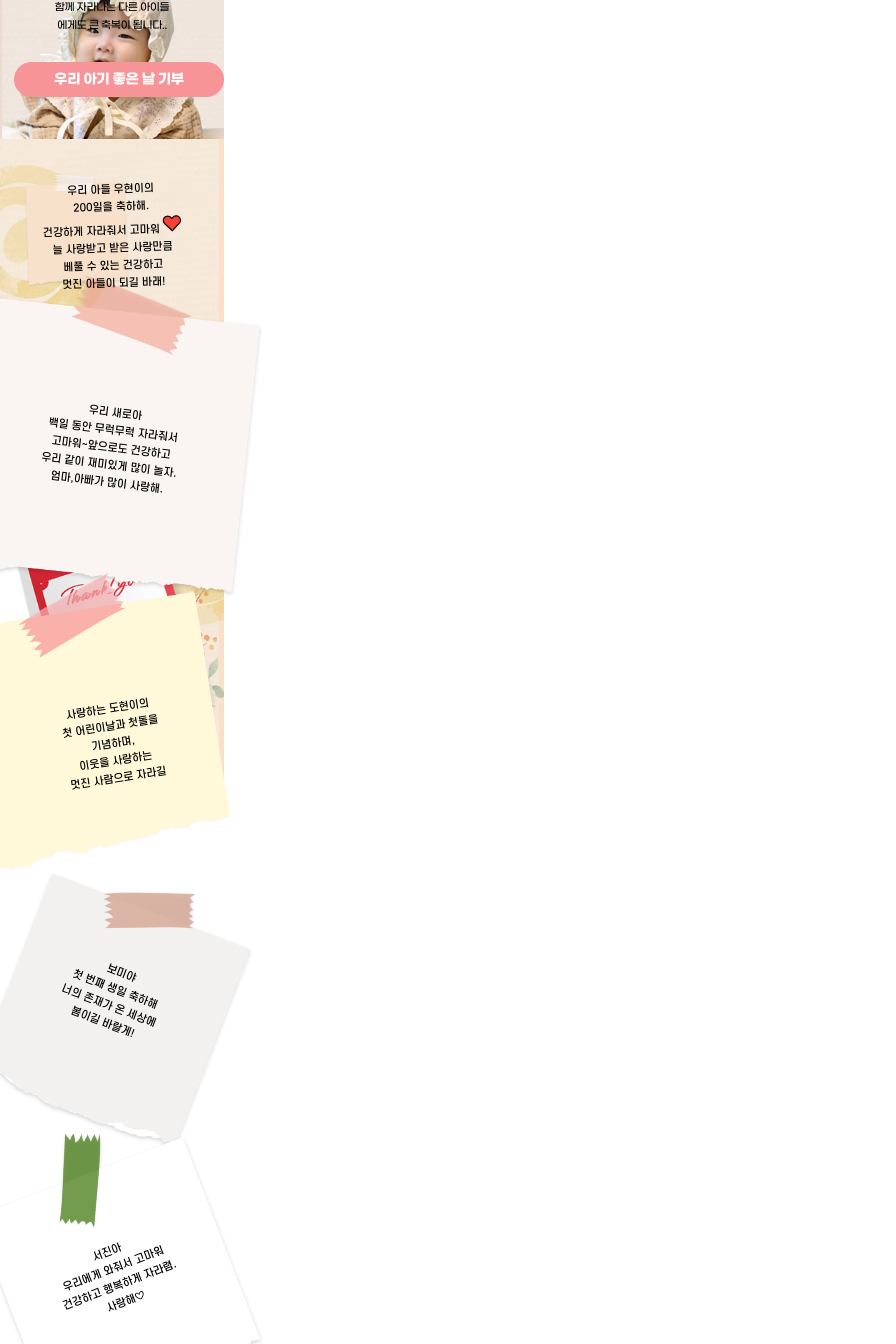
Repository: dlgywls1130/save_the_m320
Page: index.html
The author's editor kept a copy of each file at every save. The page is drawn from the files as they stood at one save, then again after the next save.
The browser window is 1280 px wide. The pictures show the part of the page from y = 801 to 2721 px (the page is 10040 px tall), at 70% of full size.

Above is the page before, as saved 2023-12-21 01:10:14.

### index.html
<!DOCTYPE html>
<html lang="en">
<head>
    <meta charset="UTF-8">
    <meta name="viewport" content="width=device-width, initial-scale=1.0">
    <title>세이브더칠드런</title>

    <link rel="stylesheet" href="./css/reset.css">
    <link rel="stylesheet" href="./css/style.css">

</head>
<body>
    <div class="content_body">
        <section class="section_wrapper section01">
            <div class="se01 se_wrapper">
                <div class="seo01_mobile_wrapp">
                    <div class="se01_sub">
                        <div class="sub_logo">
                            <img src="./img/logo01.png" alt="logo">
                        </div>
                        <p>우리 아기 좋은 날 기부</p>
                    </div>
                    <p class="seo01_title">
                        아가야,
                    </p>
                    <p class="seo01_title_two">
                        너의 <span id="rollingText">탄생</span> 순간을 축하해!
                    </p>
                </div>
                <div class="seo01_mobile_wrapp_bottom">
                    <p class="section_descript mb-45">
                        아이의 건강과 행복을
                        <br>바라는 마음을 담아,
                        <br>탄생, 백일, 첫 걸음마, 첫돌 등
                        <br>내 아이의 소중한 순간을
                        <br>기부로 기념해보세요.
                        <br>함께 자라나는 다른 아이들
                        <br>에게도 큰 축복이 됩니다..
                    </p>

                    <a class="donation_link" href="javascript:void(0)">우리 아기 좋은 날 기부</a>
                </div>

            </div>
        </section>
        <section class="section_wrapper section02">
            <div class="se02 se_wrapper">
                <div class="postit_wrapper">
                    <div class="postit postit01">
                        <p>우리 아들 우현이의<br>
                        200일을 축하해.<br>
                        <span>건강하게 자라줘서 고마워 <img src="./img/heart.png"></span>
                        늘 사랑받고 받은 사랑만큼<br>
                        베풀 수 있는 건강하고<br>
                        멋진 아들이 되길 바래!</p>
                    </div>
                    <div class="postit postit02">
                        <p>우리 새로아<Br>
                        백일 동안 무럭무럭 자라줘서<Br>
                        고마워~앞으로도 건강하고<Br>
                        우리 같이 재미있게 많이 놀자.<Br>
                        엄마,아빠가 많이 사랑해.</p>
                    </div>

                    <div class="postit postit05">
                        <p>사랑하는 도현이의<br>
                        첫 어린이날과 첫돌을<br>
                        기념하며, <br>
                        이웃을 사랑하는<br>
                        멋진 사람으로 자라길</p>

                    </div>
                    <div class="postit postit04">
                        <p>보미야<br>
                        첫 번째 생일 축하해<br>
                        너의 존재가 온 세상에<br>
                        봄이길 바랄게!   </p>
                    </div>

                    <div class="postit postit03">
                        <p>서진아<br>
                        우리에게 와줘서 고마워<br>
                        건강하고 행복하게 자라렴.<br>
                        사랑해♡      </p>
                    </div>

                </div>

            </div>
        </section>
        <section class="section_wrapper section03">
            <div class="se_wrapper se03">
                <div class="se_title_co">
                    아기의 좋은 날을<br> 기념해 주신 모든 분들께
                    <br>후원감사증서를 보내드립니다.
                </div>
                <div class="se_sub_co">
                    후원감사증서는<Br> 아기에게 남기고 싶은 메시지와 아기의 좋은 날이 담긴 사진을<br> 보관할 수 있도록
                    만들어드립니다.<br> 먼 훗날, 아기가 성장해 읽게 될 날을 그리며 편지를 써보세요.
                </div>
            </div>

        </section>
        <section class="section_wrapper section04">
            <div class="se_wrapper se04">
                <div class="se_title_co">
                    이름 자수 순면거즈블랭킷
                </div>
                <div class="se_sub_co">
                    30만원 이상 후원하신 분들께는 순면 거즈 아기 블랭킷(90*110)에
                    <Br>원하시는 이름(영문)을 예쁘게 수놓아 드립니다.
                </div>

                <div class="se04_slide mt-85">
                    <div class="se04_slide_list">
                        <img src="./img/slide03.jpg">
                    </div>
                    <div class="se04_slide_list">
                        <img src="./img/slide02.jpg">
                    </div>
                    <div class="se04_slide_list">
                        <img src="./img/slide01.jpg">
                    </div>
                </div>
            </div>
        </section>
        <section class="section_wrapper section05">
            <div class="se_wrapper se05">
                <div class="se_title_co">
                    후원신청 과정
                </div>


                <div class="se_sub_co">
                    30만원 이상 후원해 주신 경우,
                    <br>감사 선물 수령 주소 및 아기 블랭킷에 새겨질 문구 확인을 위한 문자가 발송됩니다.
                </div>

                <div class="se_step_list">
                    <div class="se_step">
                        <p class="step_number">1</p>
                        <div class="step_ico">
                            <img src="./img/icon01.png" alt="img">
                        </div>
                        <p class="step_descript">
                            후원신청하기
                        </p>
                    </div>
                    <div class="se_step">
                        <p class="step_number">2</p>
                        <div class="step_ico">
                            <img src="./img/icon02.png" alt="img">
                        </div>
                        <p class="step_descript">
                            후원감사증서
                            메시지 적기
                        </p>
                    </div>
                </div>
                <div class="se_step_list">
                    <div class="se_step">
                        <p class="step_number">3</p>
                        <div class="step_ico">
                            <img src="./img/icon03.png" alt="img">
                        </div>
                        <p class="step_descript">
                            신청완료
                        </p>
                    </div>
                    <div class="se_step">
                        <p class="step_number">4</p>
                        <div class="step_ico">
                            <img src="./img/icon04.png" alt="img">
                        </div>
                        <p class="step_descript">
                            후원감사증서 발송
                            (1주 이내)
                        </p>
                    </div>
                </div>


                <a class="donation_link" href="javascript:void(0)">우리 아기 좋은 날 기부</a>
            </div>

        </section>
        <section class="section_wrapper section06">
            <div class="se_wrapper se06">
                <div class="se_title_co">
                    후원금, 이렇게 쓰여요!
                </div>
                <div class="se_sub_co">
                    세이브더칠드런은 <Br><span>국내외 아동을 위한 교육,
                    <Br>보호, 보건영양지원,<Br> 아동권리옹호</span> 등의<Br> 활동을 해나가고 있습니다.
                </div>
                <div class="se_sub_co">
                    보내주신 후원금은<Br> 정치, 종교, 인종에 관계없이<Br> 모든 아이를 구해야 한다는
                    <Br>세이브더칠드런의 신념에 따라 <Br><span>가장 도움 필요한 아이를 위해 우선 사용</span>됩니다.
                </div>
            </div>

        </section>
        <section class="section_wrapper section07">
            <div class="se_wrapper se07">
                <div class="se_title_co">
                    FAQ
                </div>
                <div class="accordion">
                    <div class="accordion-item">
                        <h3 class="title">
                            <span>1. 30만원 이상 후원했습니다. <br>거즈 순면 블랭킷은 언제 오나요?</span>
                            <img src="./img/top.png">
                        </h3>
                        <p class="paragraph">
                            우리아기 축하기부로 30만원 이상 후원자님들께는 담요에 수놓을 아기 이름과
                            선물 수령 주소 확인을 위한 문자가 발송됩니다.
                            02-6900-4479로 발송되는 문자 속 설문조사에 답해주세요.
                            확인을 완료하신 분들께는 블랭킷 제작을 담당하고 있는 조니 스튜디오에서
                            아기 이름 자수 작업 완료 후 배송해 드립니다.

                        </p>
                    </div>
                    <div class="accordion-item">
                        <h3 class="title">
                            <span>2. 거즈 순면 블랭킷, 안전한 제품인가요?</span>
                            <img src="./img/top.png">
                        </h3>
                        <p class="paragraph">
                            본 블랭킷은 워싱된 3중 거즈로 제작되었으며, KC안전검사를 완료하였습니다.
                            소재 특성상 섬유 조각이 발생할 수 있어 망에 넣지 않고 3번 정도 물빨래 하시는 것을 권장합니다.

                        </p>
                    </div>
                    <div class="accordion-item">
                        <h3 class="title">
                            <span>3. 거즈 순면 블랭킷을 받았는 데 하자가 있어요. <Br>어떻게 해야 하나요? </span>
                            <img src="./img/top.png">
                        </h3>
                        <p class="paragraph">
                            070-4220-4123 (조니스튜디오 CS)로 전화 연락 부탁드립니다. 하자 물품에 대한 교환은 수령일로부터 7일 이내에 조니스튜디오에 연락해주셔야 하며, 이로 인한 후원금 환불은 어렵습니다.
                        </p>
                    </div>
                    <div class="accordion-item">
                        <h3 class="title">
                            <span>4. 후원감사증서에 넣을 수 있는 사진 사이즈는 <Br>얼마인가요?</span>
                            <img src="./img/top.png">
                        </h3>
                        <p class="paragraph">
                            사진 인화 사이즈 5*7 인치에 맞추어서 제작되었습니다.  그보다 작은 사진일 경우, 후원감사증서
                            내부의 주머니에 넣어 보관하실 수도  있습니다.

                        </p>
                    </div>
                </div>
            </div>

        </section>
        <section class="section_wrapper section08">
            <div class="se_wrapper se08">
                <div class="se08_postion">
                    <p class="se08_title">우리 아기 좋은 날 기부</p>
                    <p class="se08_descript">
                        탄생, 백일, 첫 걸음마, 첫돌...
                        <br>소중한 우리 아기의 성장을 기념해 보세요!
                        <br>아기의 좋은 날이 모여 세상의 행복이 됩니다.
                    </p>
                    <a href="javascript:void(0)" class="more_btn">
                        <p>자세히보기</p>
                        <svg xmlns="http://www.w3.org/2000/svg" width="16" height="16" fill="currentColor" class="bi bi-chevron-right" viewBox="0 0 16 16">
                            <path fill-rule="evenodd" d="M4.646 1.646a.5.5 0 0 1 .708 0l6 6a.5.5 0 0 1 0 .708l-6 6a.5.5 0 0 1-.708-.708L10.293 8 4.646 2.354a.5.5 0 0 1 0-.708z"/>
                        </svg>
                    </a>
                </div>

            </div>
        </section>
    </div>

    <script src="https://ajax.googleapis.com/ajax/libs/jquery/1.12.4/jquery.min.js"></script>
    <script src="./js/main.js"></script>
</body>
</html>

### css/reset.css


html, body, div, span, applet, object, iframe,
h1, h2, h3, h4, h5, h6, p, blockquote, pre,
a, abbr, acronym, address, big, cite, code,
del, dfn, em, img, ins, kbd, q, s, samp,
small, strike, strong, sub, sup, tt, var,
b, u, i, center,
dl, dt, dd, ol, ul, li,
fieldset, form, label, legend,
table, caption, tbody, tfoot, thead, tr, th, td,
article, aside, canvas, details, embed,
figure, figcaption, footer, header, hgroup,
menu, nav, output, ruby, section, summary,
time, mark, audio, video {
	margin: 0;
	padding: 0;
	border: 0;
	font-size: 100%;
	font: inherit;
	vertical-align: baseline;
}

article, aside, details, figcaption, figure,
footer, header, hgroup, menu, nav, section {
	display: block;
}
body {
	line-height: 1;
}
ol, ul {
	list-style: none;
}
blockquote, q {
	quotes: none;
}
blockquote:before, blockquote:after,
q:before, q:after {
	content: '';
	content: none;
}
table {
	border-collapse: collapse;
	border-spacing: 0;
}

### css/style.css

/* root */
:root{
    --main-color:#B17A60;
    --pink-color:#F79497;
}


/* font */

/* dongle */
@font-face {
    font-family: 'Dongle';
    font-weight: 300;
    src: url('../font/Dongle-Light.ttf') format('ttf'),
    url('../font/Dongle-Light.woff') format('woff');
}

@font-face {
    font-family: 'Dongle';
    font-weight: 500;
    src: url('../font/Dongle-Regular.ttf') format('ttf'),
    url('../font/Dongle-Regular.woff') format('woff');
}

@font-face {
    font-family: 'Dongle';
    font-weight: 700;
    src: url('../font/Dongle-Bold.ttf') format('ttf'),
    url('../font/Dongle-Bold.woff') format('woff');
}


/* Gmarket */
@font-face {
    font-family: 'GmarketSans';
    font-weight: 300;
    src: url('../font/GmarketSansLight.ttf') format('ttf'),
    url('../font/GmarketSansLight.woff') format('woff');
}

@font-face {
    font-family: 'GmarketSans';
    font-weight: 500;
    src: url('../font/GmarketSansMedium.ttf') format('ttf'),
    url('../font/GmarketSansMedium.woff') format('woff');
}

@font-face {
    font-family: 'GmarketSans';
    font-weight: 700;
    src: url('../font/GmarketSansBold.ttf') format('ttf'),
    url('../font/GmarketSansBold.woff') format('woff');
}


/* nanumsqure */

@font-face {
    font-family: 'NanumSquare';
    font-weight: 400;
    src: url('../font/NanumSquareL.ttf') format('ttf'),
    url('../font/NanumSquareL.woff') format('woff');
}

@font-face {
    font-family: 'NanumSquare';
    font-weight: 500;
    src: url('../font/NanumSquareR.ttf') format('ttf'),
    url('../font/NanumSquareR.woff') format('woff');
}

@font-face {
    font-family: 'NanumSquare';
    font-weight: 600;
    src: url('../font/NanumSquareB.ttf') format('ttf'),
    url('../font/NanumSquareB.woff') format('woff');
}

@font-face {
    font-family: 'NanumSquare';
    font-weight: 700;
    src: url('../font/NanumSquareEB.ttf') format('ttf'),
    url('../font/NanumSquareEB.woff') format('woff');
}



/* scdream5 */
@font-face {
    font-family: 'SCDream5';
    src: url('../font/SCDream5.woff') format('woff'),
    url('../font/SCDream5.ttf') format('ttf'),
    url('../font/SCDream5.otf') format('otf');
}


.section_wrapper{
    max-width:320px;
    width: 100%;

}

.se_wrapper{
    max-width: 320px;
    width: 100%;
    position: relative;
    box-sizing: border-box;
}


/* section01 */


.section01{
    background: url(../img/back01.jpg) no-repeat;
    height: 1000px;
    background-size: cover;
    background-position: 86%;
}

.se01{
    padding: 60px 20px;
    box-sizing: border-box;
    height: 100%;
    position: relative;
    display: flex;
    flex-direction: column;
    justify-content: space-between;
}
.se01_sub{
    display: flex;
    align-items: center;
    margin-bottom: 30px;
    flex-direction: column;
}

.sub_logo{
    width: 125px;
    height: 40px;
    margin-right: 10px;
}

.sub_logo img{
    width: 100%;
    height: 100%;
    object-fit: contain;
}

.se01_sub p{
    width: 190px;
    height: 30px;
    background: #B17A60;
    border-radius: 15px;
    display: flex;
    align-items: center;
    justify-content: center;
    letter-spacing: -0.03em;
    font-size: 15px;
    font-weight: 700;
    font-family: 'GmarketSans',sans-serif;
    color: #fff;
}

.seo01_title{
    font-family: 'Dongle',sans-serif;
    font-weight: 500;
    font-size: 100px;
    color: var(--main-color);
    letter-spacing: -0.03em;
    text-align: center;
}

.seo01_title_two{
    font-family: 'Dongle',sans-serif;
    font-weight: 500;
    font-size: 50px;
    color: var(--main-color);
    letter-spacing: -0.03em;
    margin-top: -7%;
    margin-bottom: 50px;
    display: flex;
    align-items: center;
    white-space: nowrap;
    text-align: center;
}

.seo01_title_two span{
    margin: 0 0.5rem;
}
.section_descript{
    font-size: 15px;
    line-height: 25px;
    font-family: 'GmarketSans';
    font-weight: 500;
    letter-spacing: -0.03em;
    color: #000;
    text-align: center;
}

.donation_link{
    width: 300px;
    height: 50px;
    border-radius: 100px;
    display: flex;
    align-items: center;
    justify-content: center;
    background: var(--pink-color);
    color: #fff;
    font-family: 'GmarketSans';
    font-size: 20px;
    font-weight: 700;
    letter-spacing: -0.03em;
    text-decoration: none;
    margin: 40px auto 0;
}


@keyframes roll {
    from {
        transform: translateY(40%);
        opacity: 0;
    }
    to {
        transform: translateY(0);
        opacity: 1;
    }
  }


  #rollingText.animate-text {
    animation: roll 0.5s ease-in-out;
}

/* section02 */

.section02{
    height: 2800px;
    background: url('../img/back02.jpg') no-repeat;
}

.se02{
    box-sizing: border-box;
    height: 100%;
}
.postit_wrapper{
    width: 100%;
    padding: 40px 20px;
    position: relative;
    display: flex;
    flex-direction: column;
    align-items: center;
    box-sizing: border-box;
}

.ex_text{
    font-family: 'GmarketSans';
    font-size: 20px;
    font-weight: 500;
    letter-spacing: -0.03em;
}


.postit p img{
    width: 26px;
    height: 26px;
    object-fit: contain;
}
.postit p{
    font-family: 'SCDream5';
    font-size: 15px;
    line-height: 25px;
    text-align: center;
    display: flex;
    justify-content: center;
    align-items: center;
    flex-direction: column;
    height: 100%;
}

.postit01{
    background:url('../img/post04.png') no-repeat;
    width: 100%;
    height: auto;
    background-size: contain;
    box-sizing: border-box;
}

.postit01 p{
    transform: rotate(358deg);
    padding-top: 20px;
}

.postit02{
    background: url('../img/post05.png') no-repeat;
    width: 510px;
    height: 510px;
    background-size: contain;
    box-sizing: border-box;
    margin-top: -19%;
}

.postit02 p{
    transform: rotate(7deg);
    padding-top: 20px;
}

.postit03{
    background:url('../img/post02.png') no-repeat;
    width: 459px;
    height: 459px;
    background-size: contain;
    box-sizing: border-box;
    margin-top: -25%;
    transform: rotate(-14deg);
}

.postit03 p{
    transform: rotate(-7deg);
    padding-top: 20px;
}

.postit04{
    background: url(../img/post03.png) no-repeat;
    width: 440px;
    height: 440px;
    background-size: cover;
    box-sizing: border-box;
    margin-top: -24%;
    transform: rotate(14deg);
}

.postit04 p{
    transform: rotate(7deg);
}

.postit05{
    background:url('../img/post01.png') no-repeat;
    width: 460px;
    height: 460px;
    background-size: contain;
    box-sizing: border-box;
    margin-top: -22%;
}

.postit05 p{
    transform: rotate(-9deg);
    padding-top: 20px;
}

/* section03 */

.section03{
    height: 1200px;
    background: url('../img/back03.jpg') no-repeat;
}

.se03{
    padding: 200px 60px 96px;
    box-sizing: border-box;
    height: 100%;
}


.se_title_co{
    font-size: 80px;
    line-height: 80px;
    letter-spacing: -0.03em;
    font-family: 'Dongle';
    font-weight: 500;
    color: var(--main-color);
    text-align: center;
}

.se_sub_co{
    font-size: 20px;
    letter-spacing: -0.03em;
    line-height: 30px;
    font-family: 'GmarketSans';
    font-weight: 500;
    text-align: center;
    margin-top: 30px;
}

/* section04 */

.section04{
    height: 1740px;
    background: url('../img/back04.jpg') no-repeat;
}

.se04{
    padding: 80px 0 130px;
    box-sizing: border-box;
    height: 100%;
}

.se04_slide{
    margin: 60px auto 0;
    padding: 0 60px;
}


.se04_slide_list{
    width: 520px;
    height: 440px;
    border-radius: 9px;
    margin-bottom: 25px;
}

.se04_slide_list img{
    width:100%;
height: 100%;
object-fit: cover;
border-radius: 15px;
}
/* section05 */
.section05{
    height: 1000px;
    background: url('../img/back05.jpg') no-repeat;
}

.se05{
    padding: 80px 60px 140px;
    box-sizing: border-box;
    height: 100%;
}

.se_step_list{
    display: flex;
    align-content: center;
    margin-top: 20px;
    position: relative;
    flex-wrap: wrap;
    justify-content: space-between;
}


.se_step_list .se_step{
    position: relative;
    display: flex;
    flex-direction: column;
    align-items: center;
}

.step_number{
    font-size: 25px;
    letter-spacing: -0.03em;
    line-height: 35px;
    font-weight: 700;
    font-family: 'GmarketSans';
    position: absolute;
    left: 19%;
    top: 0;
    color: var(--main-color);
    z-index: 2;
}

.se_step_list .se_step .step_ico{
    width: 200px;
    height: 200px;
    border-radius: 50%;
    background-color: #fff;
    display: flex;
    align-items: center;
    justify-content: center;
    position: relative;
    z-index: 1;
}

.se_step_list .se_step .step_ico img {
    width: 138px;
    height: 138px;
    object-fit: contain;
    object-position: 73%;
}

.step_descript{
    font-size: 20px;
    letter-spacing: -0.03em;
    line-height: 23px;
    font-weight: 500;
    font-family: 'GmarketSans';
    text-align: center;
    margin-top: 20px;
    color: var(--main-color);
}


.section05 .donation_link{
    margin: 70px auto 0;
}


/* section06 */
.section06{
    height:800px;
    background: url('../img/back06.jpg') no-repeat;
}

.se06{
    padding: 155px 0;
    height: 100%;
    box-sizing: border-box;
}


.se_sub_co span{
    font-weight: 700;
}
/* section07 */

.section07{
    height:1000px;
    background: url('../img/back07.jpg') no-repeat;
}

.se07{
    padding: 100px 0;
    height: 100%;
    box-sizing: border-box;
}


.accordion{
    margin-top: 38px;
}
.accordion-item {
    padding:15px 30px;
    margin: 0;
    overflow: hidden;
}

.accordion-item .title {
    display: flex;
    justify-content: space-between;
    align-items: center;
    font-weight: 700;
    font-size: 20px;
    line-height: 30px;
    letter-spacing: -0.03em;
    cursor: pointer;
    width: 100%;
    height: 100px;
    border-radius: 50px;
    background-color: #fff;
    color: var(--main-color);
    padding: 0 50px;
    font-family: 'GmarketSans';
    box-sizing: border-box;
    text-indent: -10px;
}

.accordion-item .title img {
    font-size: 0.9rem;
    color: #454545;
    transform: rotate(0);
    transition: transform 0.15s ease;
}

.accordion-item .paragraph {
    font-weight: 500;
    font-size: 20px;
    letter-spacing: -0.03em;
    color: #000;
    display: none;
    padding: 30px 35px 15px;
    list-style: inside;
    line-height: 30px;
    font-family: 'GmarketSans';
}

.accordion-item .paragraph .indent{
    text-indent: 1rem;
}


.accordion-item .paragraph span{
    font-weight: bold;
}

.accordion-item.active .title img{
    transform: rotate(180deg);
}

.accordion-item.active .paragraph {
    display: block;
}


/* section08 */

.section08{
    height:500px;
    background: url('../img/banner.jpg') no-repeat;
}
.se08{
    position: relative;
    height: 100%;
}

.se08_postion{
    display: flex;
    align-items: center;
    justify-content: center;
    flex-direction: column;
    height: 100%;
}

.se08_title{
    font-family: 'NanumSquare';
    font-weight: 600;
    font-size: 30px;
    letter-spacing: -0.05em;
    line-height: 50px;
    position: relative;
    text-align: center;
    margin-bottom: 30px;
}



.se08_descript{
    font-family: 'NanumSquare';
    font-weight: 500;
    font-size: 20px;
    line-height: 30px;
    letter-spacing: -0.05em;
    text-align: center;
}

.more_btn{
    margin-top: 38px;
    width: 150px;
    height: 40px;
    background: #543F2C;
    display: flex;
    align-items: center;
    justify-content: center;
    text-decoration: none;
}

.more_btn p{
    font-family: 'NanumSquare';
    font-weight: 500;
    font-size: 18px;
    color: #fff;

}

.more_btn svg{
    fill: #fff;
}

Loaded but not shown: js/main.js (46 lines, source omitted)

After the next save:
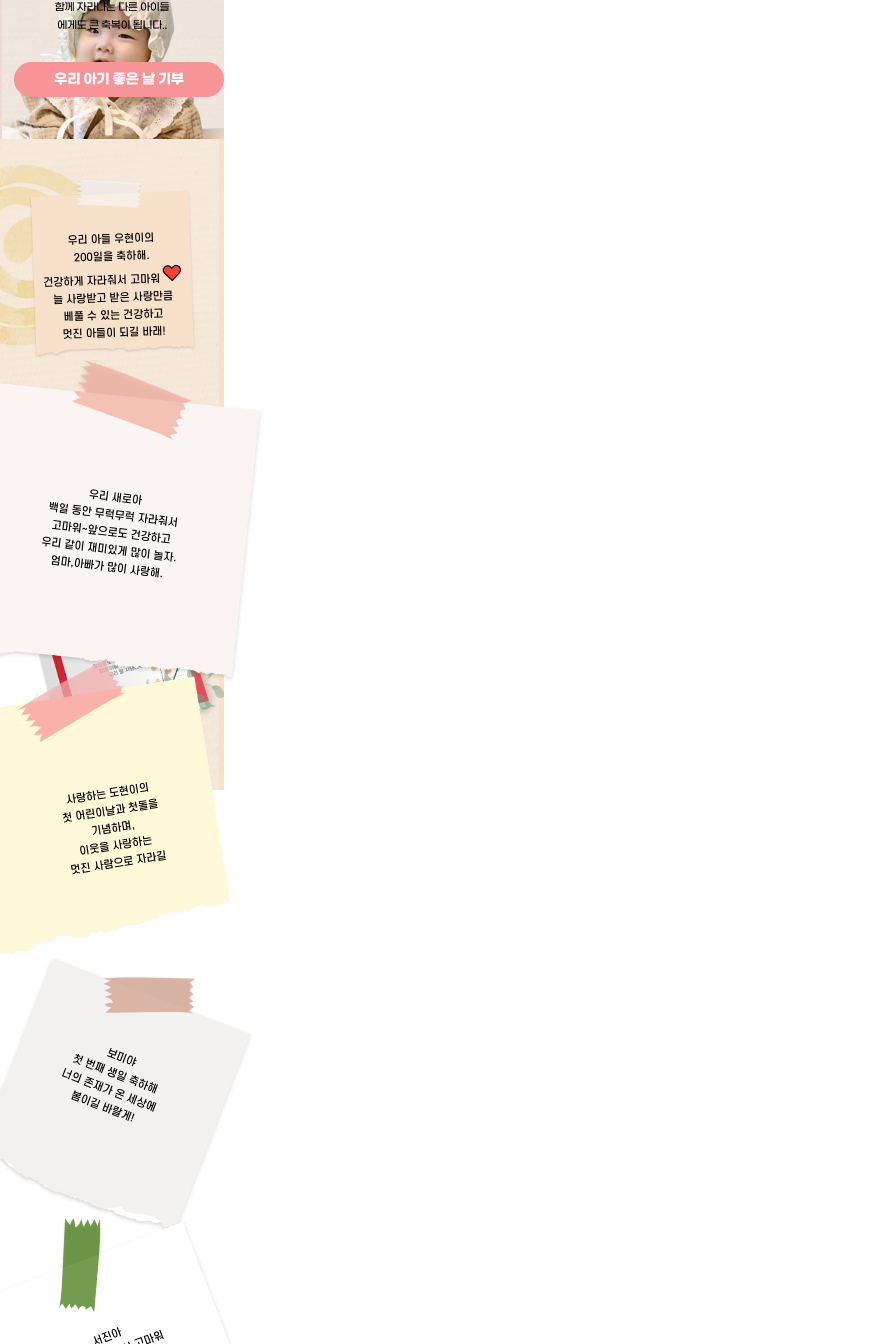
Saved 105 s later.
--- a/css/style.css
+++ b/css/style.css
@@ -280,8 +280,8 @@
 
 .postit01{
     background:url('../img/post04.png') no-repeat;
-    width: 100%;
-    height: auto;
+    width: 285px;
+    height: 300px;
     background-size: contain;
     box-sizing: border-box;
 }
